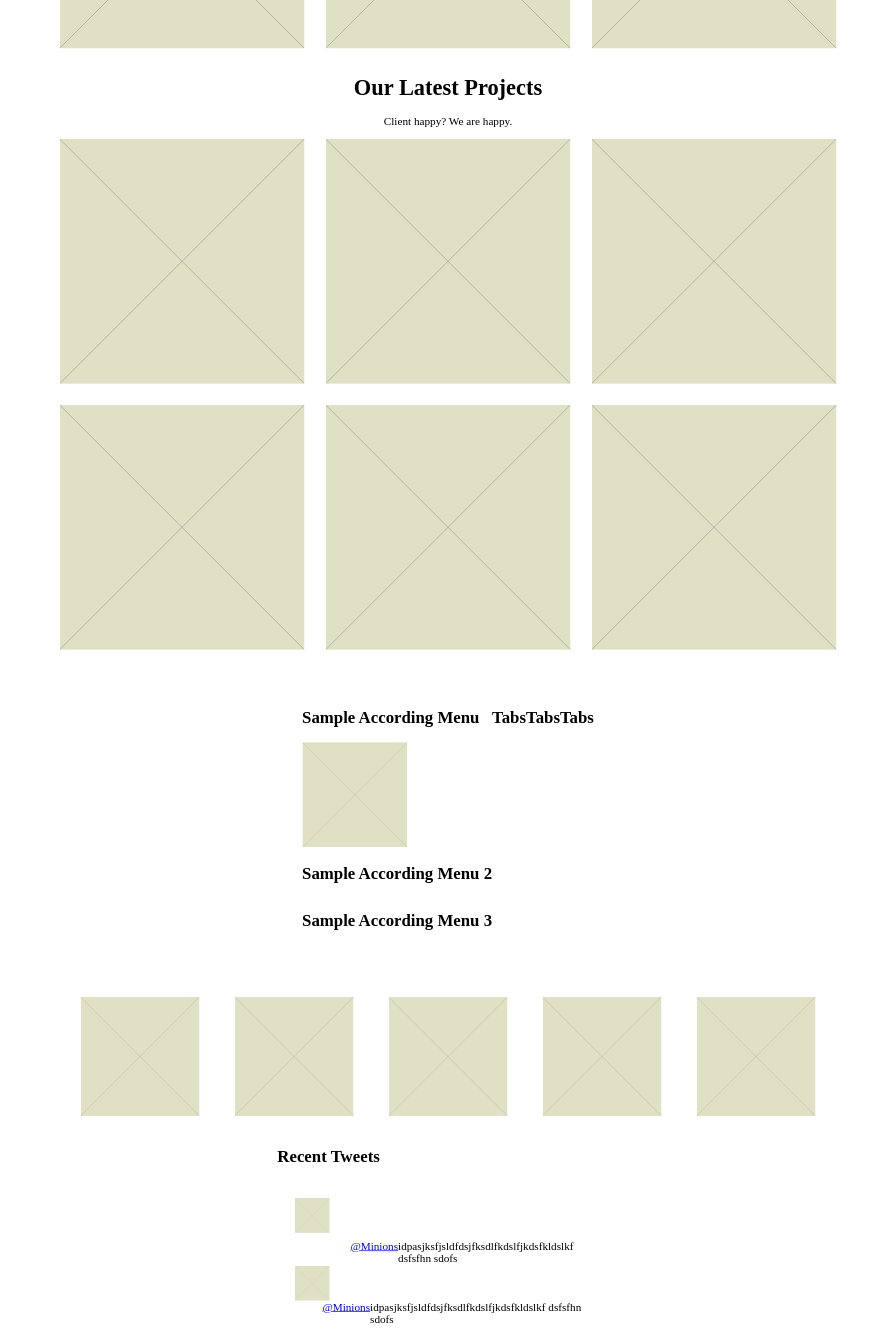
Repository: ReallyNguyen/responsive-web
Page: index.html
The author's editor kept a copy of each file at every save. The page is drawn from the files as they stood at one save, then again after the next save.
The browser window is 1280 px wide. The pictures show the part of the page from y = 845 to 2765 px (the page is 2765 px tall), at 70% of full size.

Above is the page before, as saved 2023-01-25 21:45:34.

After the next save:
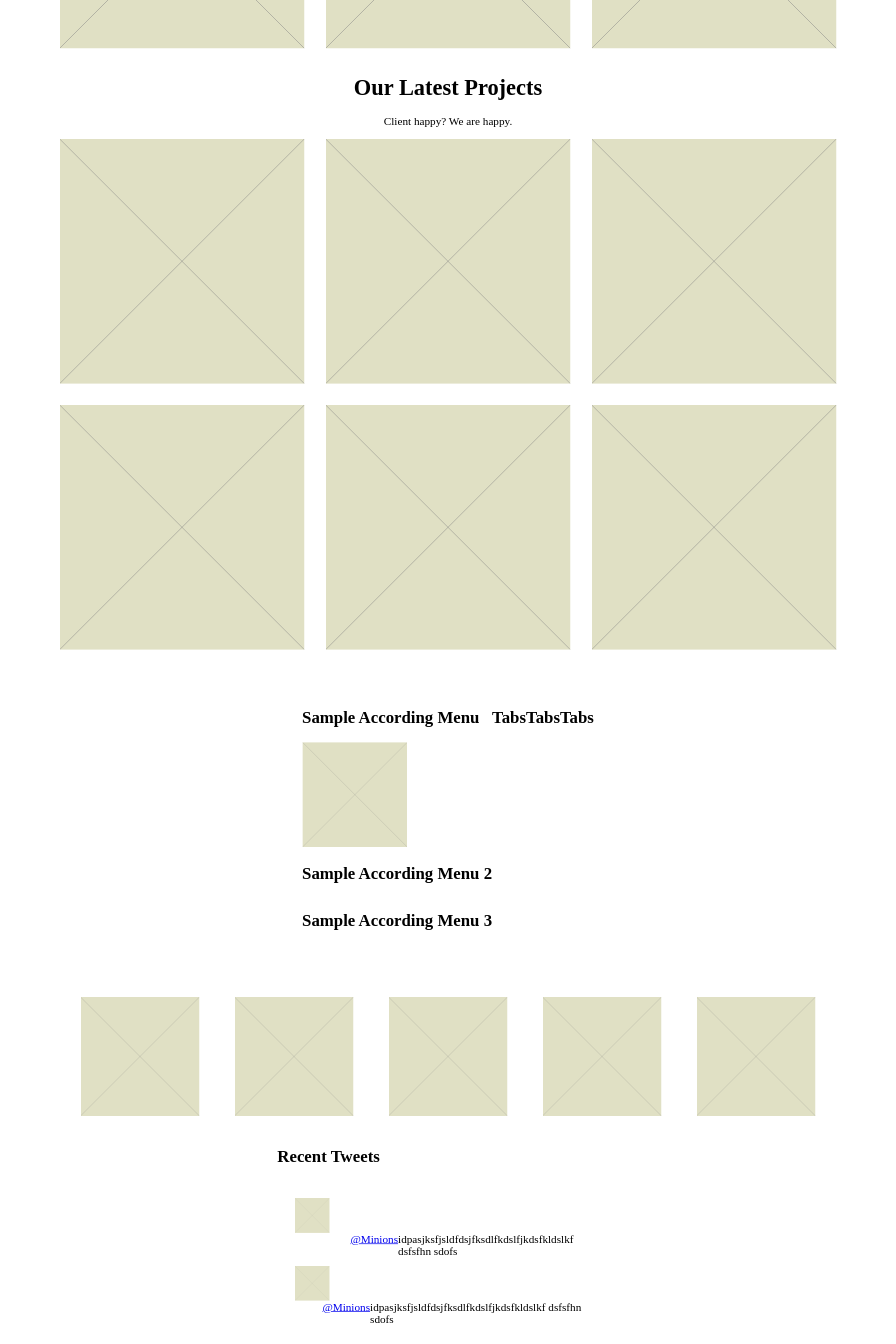
Saved 6 s later.
--- a/css/main.css
+++ b/css/main.css
@@ -22,7 +22,7 @@
   display: flex;
   justify-content: center;
   padding-left: 80px;
-  padding-top: 10px;
+  padding-bottom: 10px;
 }
 
 .social-text-box-2 {
